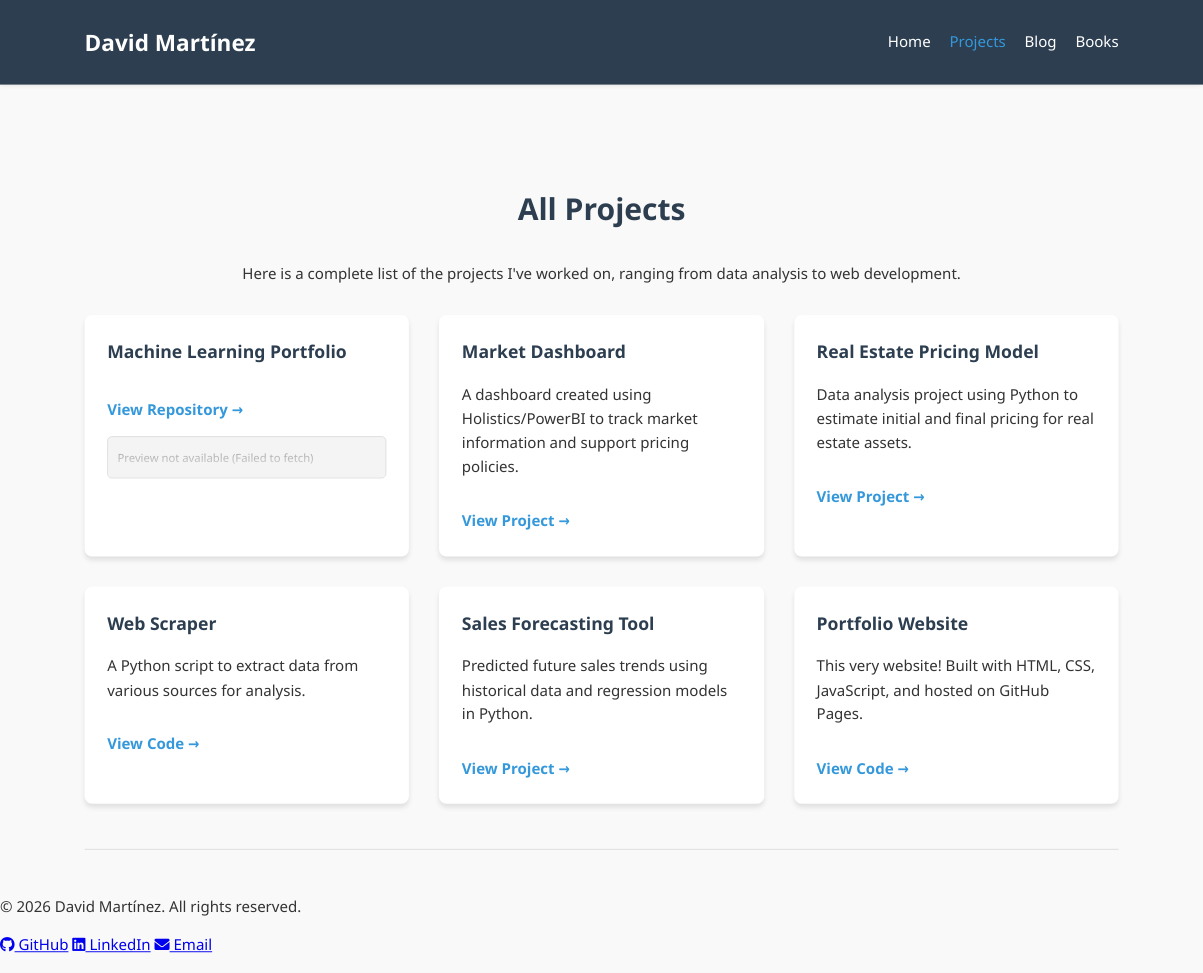
Repository: davidsmv/davidsmv.github.io
Page: projects.html
These files come from the project's save history. The page is drawn as it stood at one moment and after the next save; the edit follows.
The browser window is 1280 px wide. The pictures show the whole page, at 94% of full size.
The page's requests for data from a server got no answer.

Above is the page before, as saved 2026-01-19 17:24:10.

After the next save:
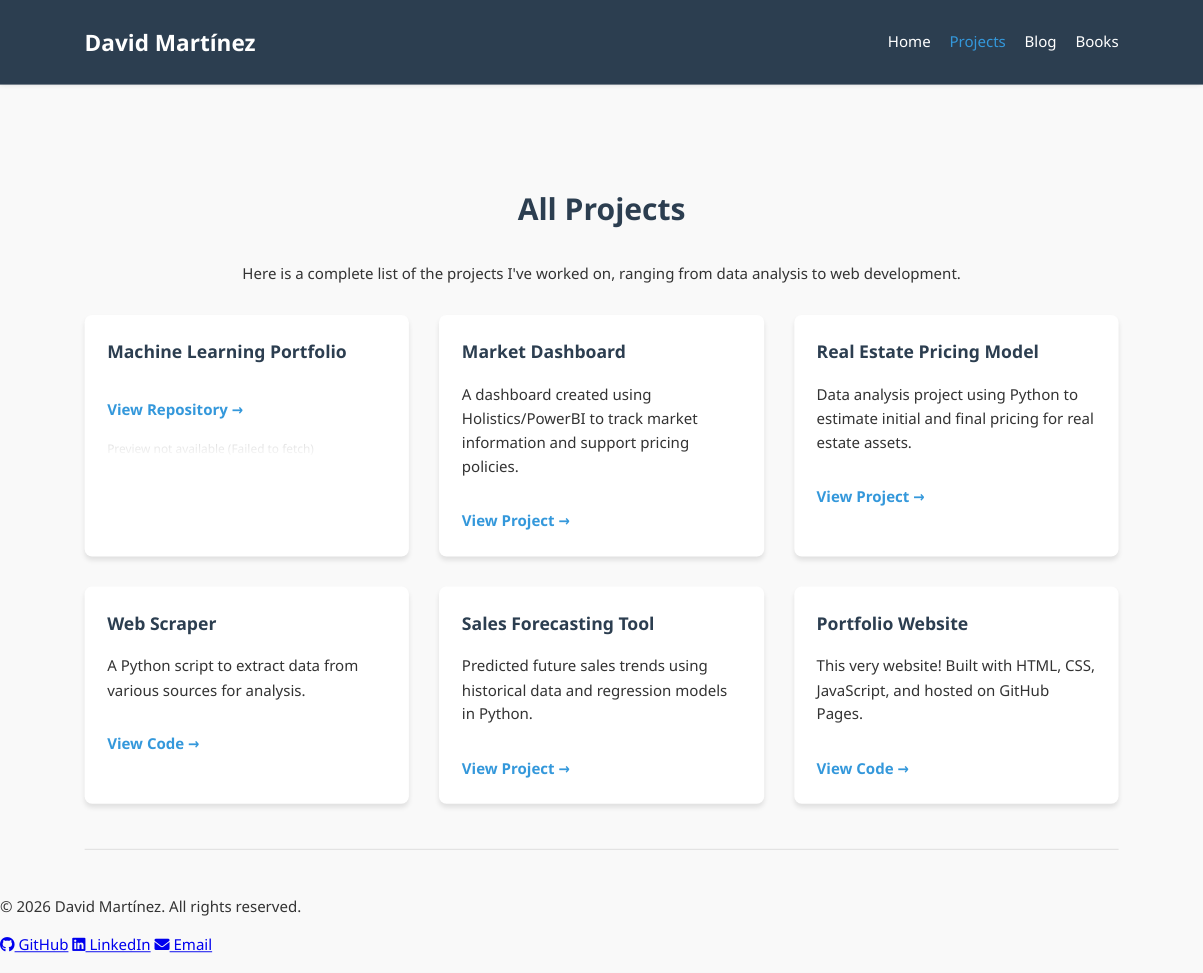
Saved 8 s later.
--- a/styles.css
+++ b/styles.css
@@ -233,15 +233,15 @@ section h2 {
 
 /* Project Preview in Card */
 .project-readme-preview {
-  margin-top: 15px;
-  padding: 10px;
-  background-color: #f4f4f4;
-  border-radius: 5px;
-  border: 1px solid #ddd;
-  font-size: 0.9rem;
+  margin-top: 10px;
+  /* Removed gray background/border for cleaner text look */
+  /* background-color: #f4f4f4; */
+  /* border: 1px solid #ddd; */
+  font-size: 0.95rem; /* Slightly larger for readability */
+  color: var(--text-color);
 
   /* Restrict height to show only the "first part" */
-  max-height: 200px;
+  max-height: 250px; /* Increased slightly */
   overflow: hidden;
   position: relative;
 }
@@ -253,14 +253,20 @@ section h2 {
   bottom: 0;
   left: 0;
   width: 100%;
-  height: 50px;
-  background: linear-gradient(to bottom, rgba(244,244,244,0), rgba(244,244,244,1));
+  height: 80px; /* Longer fade for smoother transition */
+  background: linear-gradient(to bottom, rgba(255,255,255,0), rgba(255,255,255,1));
 }
 
 .project-readme-preview img {
   max-width: 100%;
   height: auto;
-}
+  border-radius: 4px;
+}
+
+.project-readme-preview h1 { font-size: 1.4rem; margin-top: 0; }
+.project-readme-preview h2 { font-size: 1.2rem; margin-top: 10px; }
+.project-readme-preview h3 { font-size: 1.1rem; }
+
 
 /* Responsive */
 @media (max-width: 768px) {
